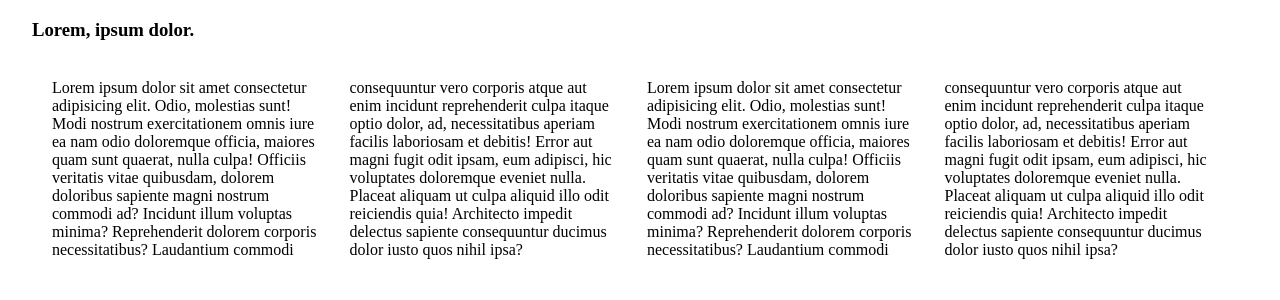
Repository: dinhhaidh/slider-book
Page: index.html
These files come from the project's save history. The page is drawn as it stood at one moment and after the next save; the edit follows.
The browser window is 1280 px wide. The pictures show the whole page.

Above is the page before, as saved 2024-01-15 09:38:32.

### index.html
<!DOCTYPE html>
<html lang="en">
<head>
    <meta charset="UTF-8">
    <meta name="viewport" content="width=device-width, initial-scale=1.0">
    <title>Document</title>
</head>
<style>
    .container{
        max-width: 1200px;
        padding-inline:  1.5rem;
    }
    .content{
        columns: 200px 4;
        column-gap: 30px;
        padding: 20px;
    }
    .title{
        column-span: all;
        display: block;
    }
    p{
        margin:  0;
    }
</style>
<body>
    <div class="container">
        <h3 class="title">Lorem, ipsum dolor.</h3>
        <div class="content">
            <p>Lorem ipsum dolor sit amet consectetur adipisicing elit. Odio, molestias sunt! Modi nostrum exercitationem omnis iure ea nam odio doloremque officia, maiores quam sunt quaerat, nulla culpa! Officiis veritatis vitae quibusdam, dolorem doloribus sapiente magni nostrum commodi ad? Incidunt illum voluptas minima? Reprehenderit dolorem corporis necessitatibus? Laudantium commodi consequuntur vero corporis atque aut enim incidunt reprehenderit culpa itaque optio dolor, ad, necessitatibus aperiam facilis laboriosam et debitis! Error aut magni fugit odit ipsam, eum adipisci, hic voluptates doloremque eveniet nulla. Placeat aliquam ut culpa aliquid illo odit reiciendis quia! Architecto impedit delectus sapiente consequuntur ducimus dolor iusto quos nihil ipsa?</p>
            <p>Lorem ipsum dolor sit amet consectetur adipisicing elit. Odio, molestias sunt! Modi nostrum exercitationem omnis iure ea nam odio doloremque officia, maiores quam sunt quaerat, nulla culpa! Officiis veritatis vitae quibusdam, dolorem doloribus sapiente magni nostrum commodi ad? Incidunt illum voluptas minima? Reprehenderit dolorem corporis necessitatibus? Laudantium commodi consequuntur vero corporis atque aut enim incidunt reprehenderit culpa itaque optio dolor, ad, necessitatibus aperiam facilis laboriosam et debitis! Error aut magni fugit odit ipsam, eum adipisci, hic voluptates doloremque eveniet nulla. Placeat aliquam ut culpa aliquid illo odit reiciendis quia! Architecto impedit delectus sapiente consequuntur ducimus dolor iusto quos nihil ipsa?</p>
        </div>
    </div>
</body>
</html>

After the next save:
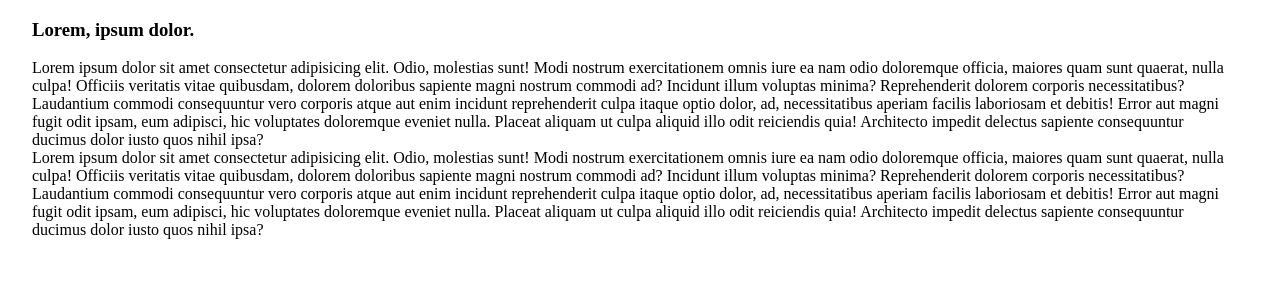
Saved 76 s later.
--- a/index.html
+++ b/index.html
@@ -10,11 +10,11 @@
         max-width: 1200px;
         padding-inline:  1.5rem;
     }
-    .content{
+    /* .content{
         columns: 200px 4;
         column-gap: 30px;
         padding: 20px;
-    }
+    } */
     .title{
         column-span: all;
         display: block;
